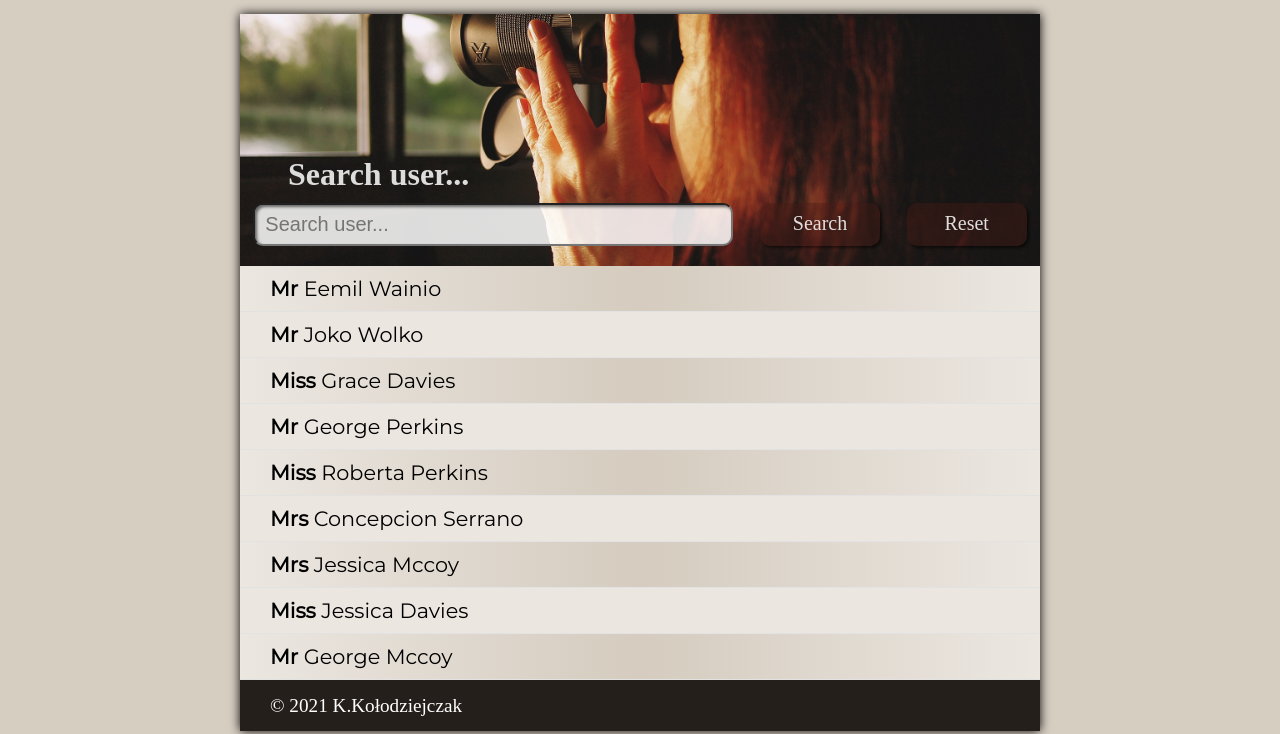
Repository: KrzysKolo/sr_tydzien5_zad4
Page: /
An editor plug-in stored every save of this project. The page is shown before and after the next save, followed by the edit.
The browser window is 1280 px wide. The pictures show the whole page.
Some web fonts or font styles are not loaded; a fallback is used. The project was rebuilt for these pictures with package versions that can differ from the ones it lists, and the page was loaded fresh each time. Also part of the build but not shown: src/components/userContainerComponents/Loading.js, src/components/userContainerComponents/Error.js.

Above is the page before, as saved 2021-01-04 00:59:42.

### public/index.html
<!DOCTYPE html>
<html lang="en">
  <head>
    <meta charset="utf-8" />
    <link rel="icon" href="%PUBLIC_URL%/favicon.ico" />
    <meta name="viewport" content="width=device-width, initial-scale=1" />
    <meta name="theme-color" content="#000000" />
    <meta
      name="description"
      content="Web site created using create-react-app"
    />
    <link rel="apple-touch-icon" href="%PUBLIC_URL%/logo192.png" />
    <!--
      manifest.json provides metadata used when your web app is installed on a
      user's mobile device or desktop. See https://developers.google.com/web/fundamentals/web-app-manifest/
    -->
    <link rel="manifest" href="%PUBLIC_URL%/manifest.json" />
    <!--
      Notice the use of %PUBLIC_URL% in the tags above.
      It will be replaced with the URL of the `public` folder during the build.
      Only files inside the `public` folder can be referenced from the HTML.

      Unlike "/favicon.ico" or "favicon.ico", "%PUBLIC_URL%/favicon.ico" will
      work correctly both with client-side routing and a non-root public URL.
      Learn how to configure a non-root public URL by running `npm run build`.
    -->
    <link rel="preconnect" href="https://fonts.gstatic.com">
<link href="https://fonts.googleapis.com/css2?family=Finger+Paint&family=Montserrat&family=Over+the+Rainbow&family=Peralta&display=swap" rel="stylesheet">
    <title>User search</title>
  </head>
  <body>
    <noscript>You need to enable JavaScript to run this app.</noscript>
    <div id="root"></div>
    <!--
      This HTML file is a template.
      If you open it directly in the browser, you will see an empty page.

      You can add webfonts, meta tags, or analytics to this file.
      The build step will place the bundled scripts into the <body> tag.

      To begin the development, run `npm start` or `yarn start`.
      To create a production bundle, use `npm run build` or `yarn build`.
    -->
  </body>
</html>

### src/App.js
import React from 'react';
import UsersContainer from './components/UsersContainer';
import './App.css';


const App = () => {

  return (
    <>
      <UsersContainer/>
    </>
  )
}

export default App;

### src/components/UsersContainer.js
import React, { useState, useEffect } from 'react';
import { Header, UserList, Footer } from './userContainerComponents/'


const UsersContainer = () => {

  const UsersAPI = './users.json';

  const [ users, setUsers ] = useState([]);
  const [loading, setLoading] = useState(false);

  useEffect(() => {
    fetch(UsersAPI)
    .then(res => {
      if (res.ok) {
        return res;
      }
      throw Error(res.status)
    })
      .then(res => res.json())
      .then(data => {
        console.log(data.users);
        setUsers(data.users);
        setLoading(false);
      })
      .catch(error => {
        console.log(error);
        setLoading(false);
      })
    }, []);

    if (loading) {
      return <p>Loading countries...</p>;
    }

   return (
        <section>
					<Header />
          <UserList users={users}/>
          <Footer />
        </section>
    )
}

export default UsersContainer;

### src/App.css
* {
  box-sizing: border-box;
  padding: 0;
  margin: 0;
}
body {
  height: 100vh;
  width: 100vw;
  background-color: rgba(206, 194, 179, 0.8);
}
section {
  margin: 2vh auto;
  width: 70%;
  max-width: 800px;
  display: flex;
  flex-direction: column;
  box-shadow: 0 0 10px #000;
}
.header__section {
  height: 35vh;
  background-image: url("./images/girl.jpg");
  background-position: center;
  background-size: cover;
  display: flex;
  flex-direction: column;
  justify-content: flex-end;
}
.header__title {
  font-size: 2rem;
  font-family: "Peralta", cursive;
  margin: 0 auto 10px 3rem;
  color: rgba(255, 255, 255, 0.85);
}
.header__search-wrapper {
  width: 100%;
  margin-bottom: 20px;
  display: flex;
  justify-content: space-around;
}
.header__search {
  padding: 8px 10px;
  width: 60%;
  border-radius: 10px;
  background-color: rgba(255, 255, 255, 0.85);
  box-shadow: inset 2px 2px 3px 0px rgba(0, 0, 0, 0.55);
  font-size: 20px;
}
.header__search-btn {
  background: rgba(71, 26, 20, 0.4);
  color: rgba(255, 255, 255, 0.85);
  width: 15%;
  border-radius: 10px;
  box-shadow: 2px 2px 3px 0px rgba(0, 0, 0, 0.55);
  font-size: 20px;
  text-align: center;
  line-height: 40px;
  transition: 0.2s all ease;
  cursor: pointer;
}
.header__search-btn:hover {
  background: rgba(65, 28, 24, 1);
}
.user {
  font-size: 1.3rem;
  font-family: "Montserrat", sans-serif;
  padding: 10px 30px;
  list-style: none;
  border-bottom: 1px solid rgb(226, 226, 226);
  background-color: rgba(255, 255, 255, 0.5);
}
.user:nth-child(odd) {
  background: linear-gradient(
    90deg,
    rgba(255, 255, 255, 0.5) 0%,
    rgba(206, 194, 179, 0.2) 50%,
    rgba(255, 255, 255, 0.5) 100%
  );
}
.footer__wrapper {
  background-color: rgb(36, 31, 27);
  color: white;
  font-size: 1.2rem;
  padding: 10px 30px;
  width: 100%;
  height: 7vh;
  display: flex;
  align-items: center;
}

### src/components/userContainerComponents/index.js
export { default as Footer } from './Footer';
export { default as Header } from './Header';
export { default as UserList } from './UserList';
export { default as Error } from './Error';
export { default as Loading } from './Loading';

### src/components/userContainerComponents/Footer.js
import React from 'react';

const Footer = () => {
    return (
        <div className="footer__wrapper">
           © 2021 K.Kołodziejczak
        </div>
    )
}

export default Footer;

### src/components/userContainerComponents/Header.js
import React from 'react';
import { Button, Input } from './../formComponents/'
const Header = () => {
   return (
        <div className="header__section">
            <h1 className="header__title">Search user...</h1>
            <form className="header__search-wrapper">
                <Input type="text" />
                <Button values="Search" />
                <Button values="Reset" />
            </form>
        </div>
    )
}

export default Header;

### src/components/userContainerComponents/UserList.js
import React from 'react';
import Loading from './Loading';

const UserList = ( { loading, users }) => {

    const user = users.map(user => (
        <li className="user" key={user.id}><b>{user.title}</b> {user.first} {user.last}</li>
      ))
    return (
        loading ? <Loading /> : <ul>{user}</ul>
    )
}

export default UserList;

### src/components/formComponents/index.js
export { default as Button} from './Button';
export { default as Input } from './Input';

### src/components/formComponents/Button.js
import React from 'react';

const Button = ({ values }) => {
    return (
        <div className="header__search-btn">
            {values}
        </div>
    )
}

export default Button;

### src/components/formComponents/Input.js
import React from 'react';

const Input = ({ type, values, onChange }) => {
    return (
        <>
          <input className="header__search" type={type} values={values} onChange={onChange} placeholder="Search user..." />
        </>
    )
}

export default Input;

### public/users.json
{
    "users": [
      {
        "id": 1,
        "title": "Mr",
        "first": "Eemil",
        "last": "Wainio"
       },
      {
        "id": 2,
        "title": "Mr",
        "first": "Joko",
        "last": "Wolko"
      },
      {
        "id": 3,
        "title": "Miss",
        "first": "Grace",
        "last": "Davies"
      },
      {
        "id": 4,
        "title": "Mr ",
        "first": "George ",
        "last": "Perkins"
      },
      {
        "id": 5,
        "title": "Miss",
        "first": "Roberta ",
        "last": "Perkins"
      },
      {
        "id": 6,
        "title": "Mrs ",
        "first": "Concepcion ",
        "last": "Serrano"
      },
      {
        "id": 7,
        "title": "Mrs ",
        "first": "Jessica ",
        "last": "Mccoy"
      },
      {
        "id": 8,
        "title": "Miss",
        "first": "Jessica",
        "last": "Davies"
      },
      {
        "id": 9,
        "title": "Mr",
        "first": "George",
        "last": "Mccoy"
      }
    ]
  }

Loaded but not shown: src/index.js (common file)

After the next save:
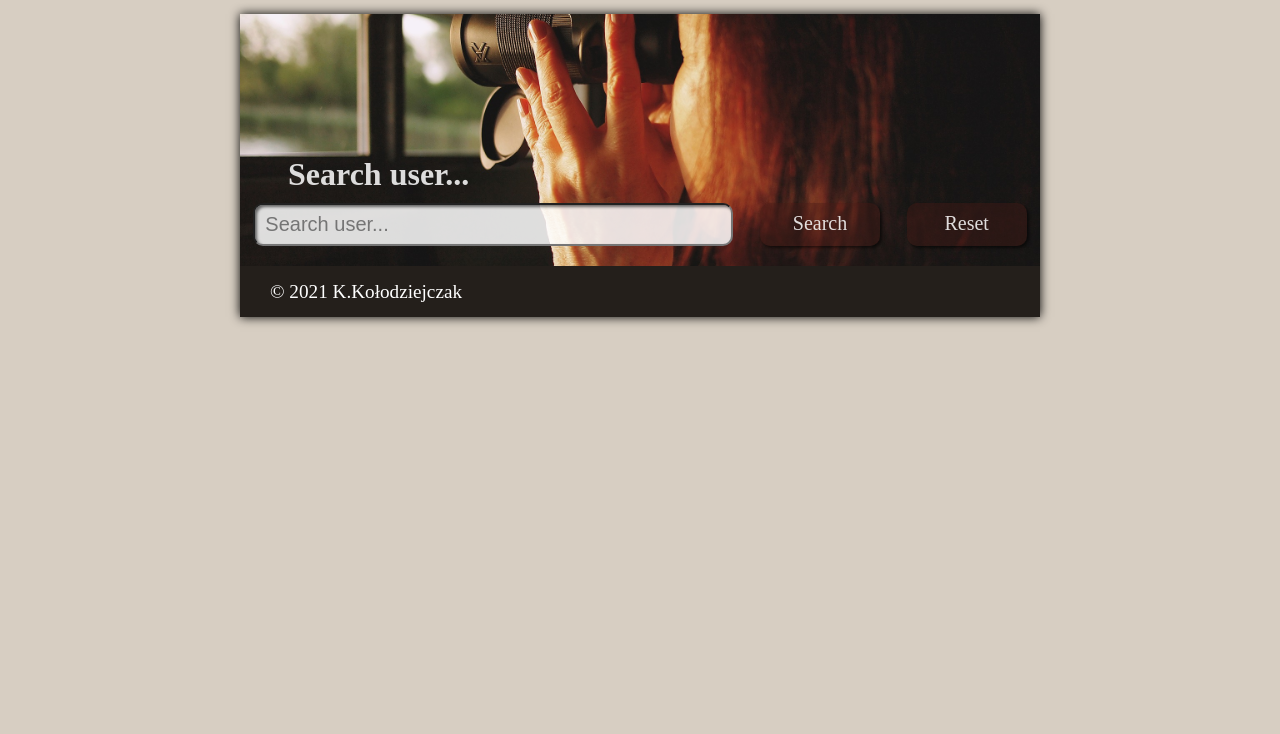
Not found: .x/users.json
Saved 12 s later.
--- a/src/components/UsersContainer.js
+++ b/src/components/UsersContainer.js
@@ -4,7 +4,7 @@ import { Header, UserList, Footer } from './userContainerComponents/'
 
 const UsersContainer = () => {
 
-  const UsersAPI = './users.json';
+  const UsersAPI = '.x/users.json';
 
   const [ users, setUsers ] = useState([]);
   const [loading, setLoading] = useState(false);

After the save that followed:
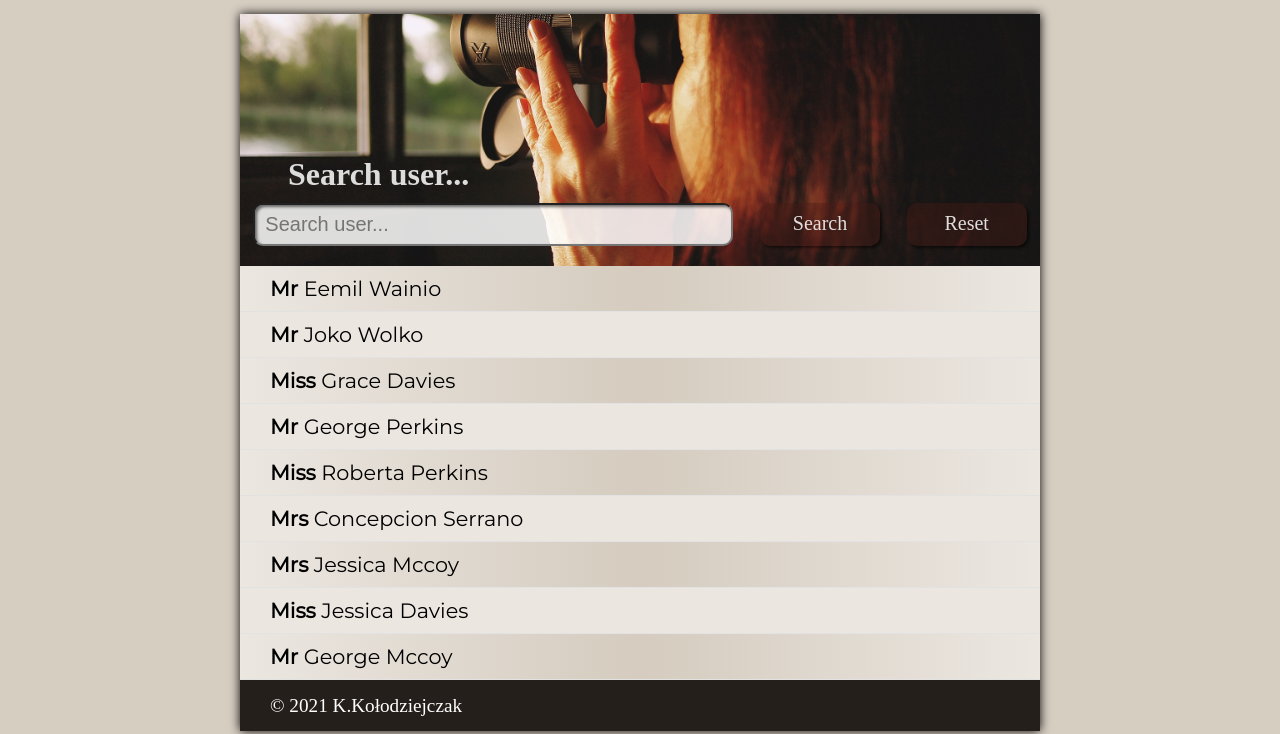
Saved 41 s later.
--- a/src/components/UsersContainer.js
+++ b/src/components/UsersContainer.js
@@ -4,7 +4,7 @@ import { Header, UserList, Footer } from './userContainerComponents/'
 
 const UsersContainer = () => {
 
-  const UsersAPI = '.x/users.json';
+  const UsersAPI = '/users.json';
 
   const [ users, setUsers ] = useState([]);
   const [loading, setLoading] = useState(false);
